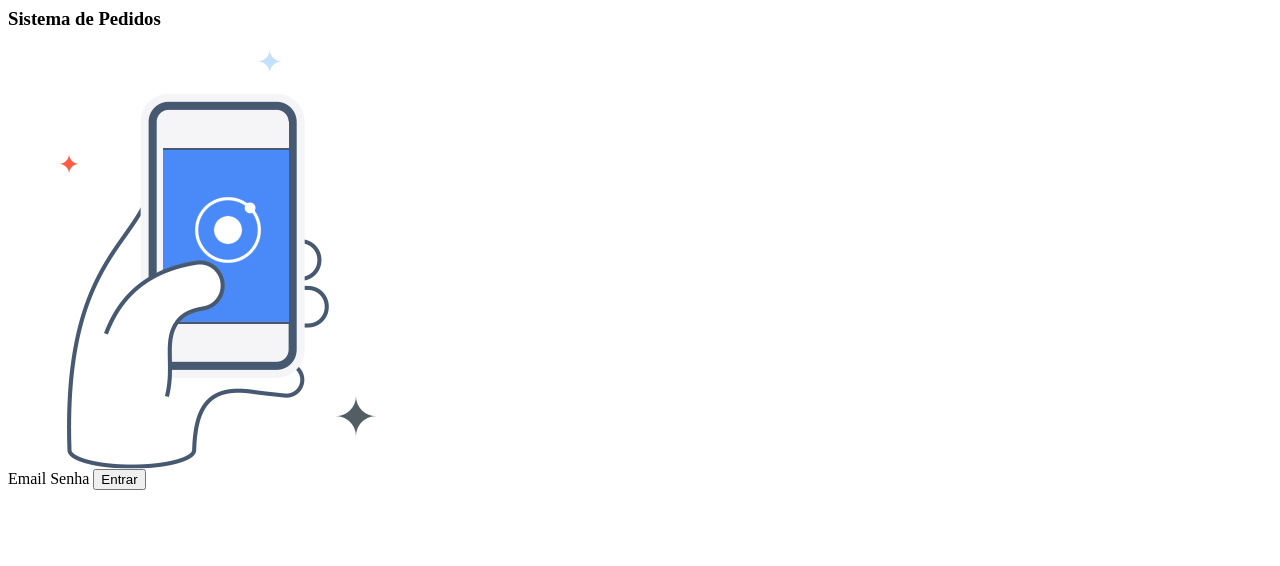
Repository: Matheus-Bandeira/ionic-ui
Page: src/pages/home/home.html
An editor plug-in stored every save of this project. The page is shown before and after the next save, followed by the edit.
The browser window is 1280 px wide. The pictures show the whole page.

Above is the page before, as saved 2019-03-08 14:41:31.

After the next save:
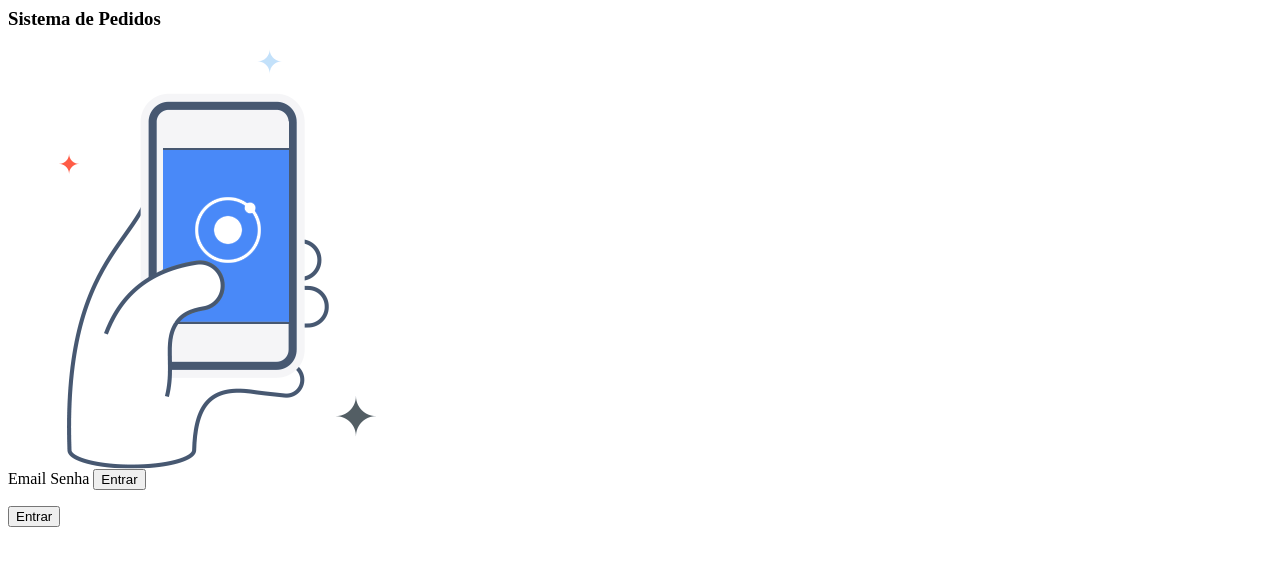
Saved 3 min 45 s later.
--- a/src/pages/home/home.html
+++ b/src/pages/home/home.html
@@ -13,6 +13,7 @@
       <ion-label stacked>Senha</ion-label>
       <ion-input type="password"></ion-input>
     </ion-item>
-    <button ion-button color="success" block>Entrar</button>
+    <button ion-button success block>Entrar</button>
   </form>
+  <button ion-button color="success" block>Entrar</button>
 </ion-content>
